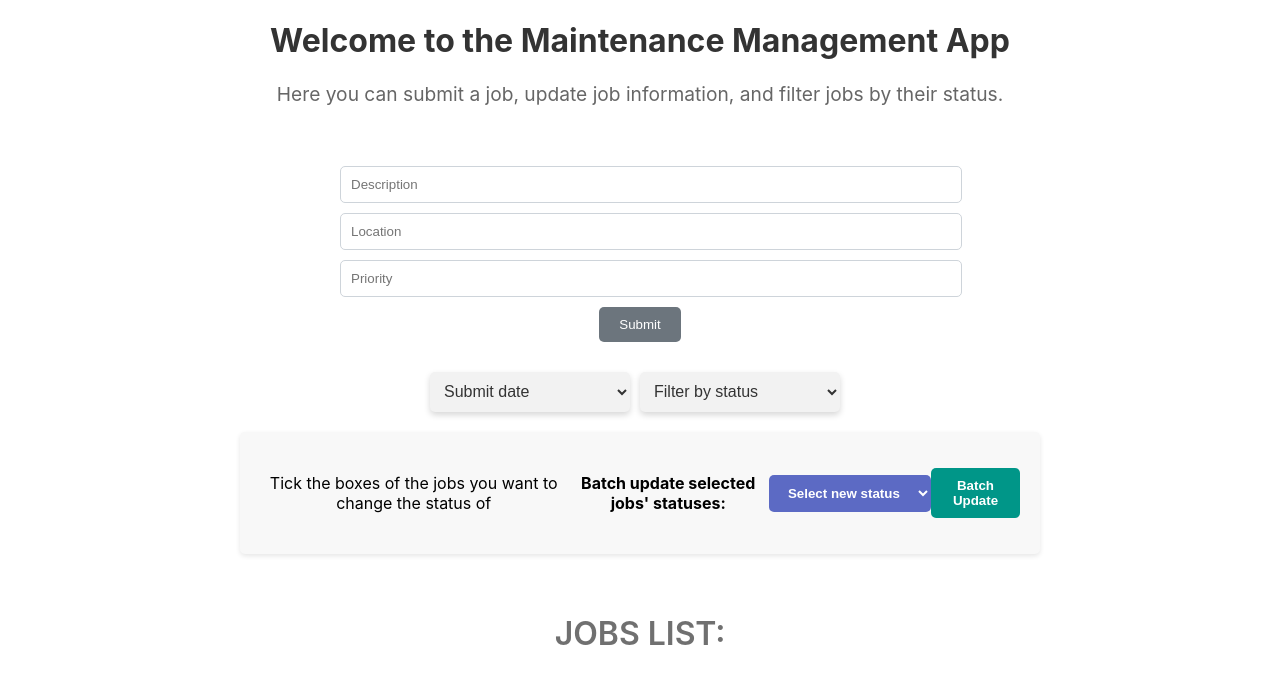
Repository: mikasteyn999/Maintenance-Manager-App
Page: / (app in frontend/)
These files come from the project's save history. The page is drawn as it stood at one moment and after the next save; the edit follows.
The browser window is 1280 px wide. The pictures show the whole page.
The page's requests for data from a server got no answer. The project was rebuilt for these pictures with package versions that can differ from the ones it lists, and the page was loaded fresh each time. No one was signed in, and anything a server would have sent is missing. Also part of the build but not shown: frontend/src/style/Job.css, frontend/src/components/Job.js, frontend/src/style/JobUpdateForm.css, frontend/src/components/JobUpdateForm.js.

Above is the page before, as saved 2023-06-05 16:51:53.

### frontend/src/App.js
// Import necessary libraries and components
import React from 'react';
import Router from './Router';
import './style/App.css'

// Define the App component
// This component uses the Router component to handle routing
const App = () => {
  return (
    <div className="app">
      <h1 className="app-title">Welcome to the Maintenance Management App</h1> {/* Welcome title */}
      <p className="app-instructions">Here you can submit a job, update job information, and filter jobs by their status.</p> {/* Instructions */}
      <Router /> {/* Use Router component for handling routes */}
    </div>
  );
}

// Export the App component
export default App;

### frontend/src/Router.js
// Import necessary libraries and components
import React from 'react';
import { BrowserRouter as Router, Route, Routes } from 'react-router-dom';
import Home from './components/Home';
import JobForm from './components/JobForm';
import JobsList from './components/JobsList';
import JobUpdateForm from './components/JobUpdateForm'

// Define the Router component
// This component defines the routes for the React app
// The Home component (which contains both the JobForm and JobsList components) is displayed when the path is exactly "/"
// The JobForm component is displayed when the path is "/submit"
// The JobsList component is displayed when the path is "/jobs"
const AppRouter = () => {
    return (
        <Router>
            <Routes>
                <Route path="/" element={<Home />} /> {/* Home route */}
                <Route path="/submit" element={<JobForm />} /> {/* Job submission route */}
                <Route path="/jobs" element={<JobsList />} /> {/* Jobs listing route */}
                <Route path="/edit/:id" element={<JobUpdateForm />} />
            </Routes>
        </Router>
    );
};

// Export the Router component
export default AppRouter;

### frontend/src/style/App.css
/* App.css */

.app {
  text-align: center;
}

.app-title {
  font-size: 2em;
  color: #333;
  text-align: center;
}

.app-instructions {
  font-size: 1.2em;
  color: #666;
  margin-bottom: 20px;
  text-align: center;
}

/* style the form container */
.app .job-form {
  max-width: 600px;  /* limit the width */
  margin: 0 auto;   /* center the form */
  padding: 20px;    /* add some padding */
}

/* style the jobs list container */
.app .jobs-list {
  max-width: 800px;  /* limit the width */
  margin: 0 auto;   /* center the jobs list */
  padding: 20px;    /* add some padding */
}

### frontend/src/components/Home.js
// Import necessary components
import React from 'react';
import JobsList from './JobsList';

// Define the Home component
// This component contains the job submission form and job listings
const Home = () => {
  return (
    <div className="home">
      <JobsList /> {/* Job listings */}
    </div>
  );
}

// Export the Home component
export default Home;

### frontend/src/components/JobForm.js
// Import React
import React, { useState } from 'react';
import '../style/JobForm.css'; // Import the CSS

// Define the JobForm component. This component will contain a form that allows users to submit a new job.
// The component has a local state, job, which is updated every time the user types in one of the form inputs.
// The handleChange function updates the job state.
// The handleSubmit function makes a POST request to the /jobs route to submit the new job.
const JobForm = (props) => {
  const [job, setJob] = useState({ description: '', location: '', priority: '' });

  // Adding new state variable for error message.
  const [error, setError] = useState('');

  const handleChange = (e) => {
    setJob({ ...job, [e.target.name]: e.target.value });
  };

  const handleSubmit = async (e) => {
    e.preventDefault();

    // Adding form validation. Check that all fields are filled and priority is a number.
    if (!job.description || !job.location || !job.priority) {
      setError('Please fill in all fields'); // Set error message
      return; // Stop the function
    }
    if (isNaN(job.priority)) {
      setError('Priority must be a number'); // Set error message
      return; // Stop the function
    }

    try {
      const response = await fetch('http://localhost:5000/api/jobs', {
        method: 'POST',
        headers: {
          'Content-Type': 'application/json',
        },
        body: JSON.stringify(job),
      });
      if (!response.ok) {
        throw new Error(`HTTP error! status: ${response.status}`);
      }
      const newJob = await response.json();
      console.log("New Job:", newJob);  // log new job
      props.addNewJob(newJob); // add the new job to the jobs list
      setError(''); // Clear the error message if the job was successfully added
    } catch (err) {
      setError('An error occurred when submitting the job'); // Set error message
    }
  };

  // In the return statement, a new paragraph is added to display any error messages
  return (
    <form className="job-form" onSubmit={handleSubmit}>
      {error && <p className="error">{error}</p>} {/* Display error message if there is one */}
      <input type="text" name="description" value={job.description} onChange={handleChange} placeholder="Description" />
      <input type="text" name="location" value={job.location} onChange={handleChange} placeholder="Location" />
      <input type="text" name="priority" value={job.priority} onChange={handleChange} placeholder="Priority" />
      <button type="submit">Submit</button>
    </form>
  );
};

export default JobForm;

### frontend/src/components/JobsList.js
// Import necessary modules
import React, { useEffect, useState } from 'react';
import Job from './Job';
import JobForm from './JobForm';
import '../style/JobsList.css';

// Define the JobsList component
const JobsList = () => {
  // Initialize state variables
  const [jobs, setJobs] = useState([]);
  const [sortOrder, setSortOrder] = useState("date"); // Default sort order is by date
  const [selectedJobs, setSelectedJobs] = useState([]);
  const [filterStatus, setFilterStatus] = useState("");

  // Fetch jobs function
  const fetchJobs = async () => {
    let url = `http://localhost:5000/api/jobs?sort=${sortOrder}`;
    if (filterStatus) url += `&status=${filterStatus}`; // Add status query parameter if a status filter is selected
    const response = await fetch(url);
    const data = await response.json();
    setJobs(data.filter(job => job.status !== 'Archived')); // Filter out archived jobs
  };

  // Fetch jobs when the component is first rendered and when sortOrder or filterStatus changes
  useEffect(() => {
    fetchJobs();
  }, [sortOrder, filterStatus]);

  // Update sort order
  const handleSortChange = (event) => {
    setSortOrder(event.target.value);
  };

    // Batch update function
    const handleBatchUpdate = async () => {
      const status = document.getElementById('batchStatusUpdate').value;
      if (!status) {
        console.error('No status selected for batch update');
        return;
      }
      if (selectedJobs.length === 0) {
        console.error('No jobs selected for batch update');
        return;
      }
      try {
        const response = await fetch('http://localhost:5000/api/jobs/batch', {
            method: 'PUT',
            headers: {
                'Content-Type': 'application/json',
            },
            body: JSON.stringify({ jobIds: selectedJobs, status }),
        });

        if (response.ok) {
          console.log('Batch update successful');
          setSelectedJobs([]); // Clear selected jobs after successful update
          // Here, fetch the jobs again
          fetchJobs();
        } else {
          console.error('Failed to batch update jobs');
        }
      } catch (error) {
        console.error(`An error occurred: ${error}`);
      }
    };

    // Function to handle archive
    const handleArchive = async (jobId) => {
      try {
        const response = await fetch(`http://localhost:5000/api/jobs/archive/${jobId}`, {
          method: 'PUT',
        });

        if (!response.ok) {
          console.error('Failed to archive job');
        } else {
          setJobs(jobs.filter(job => job._id !== jobId)); // Remove the archived job from the local state
        }
      } catch (error) {
        console.error(`An error occurred: ${error}`);
      }
    };

    // Pass handleArchive as a prop to the Job component
    {jobs.map((job) => (
      <Job key={job._id} job={job} handleArchive={handleArchive} selectedJobs={selectedJobs} setSelectedJobs={setSelectedJobs} />
    ))}

    const addNewJob = (newJob) => {
      console.log("addNewJob called with:", newJob);  // log input to addNewJob
      setJobs([newJob, ...jobs]);
    };


    return (
      <div className='jobs-list'>

        {/* Add JobForm here */}
        <JobForm addNewJob={addNewJob} />

        {/* Add sort order dropdown */}
        <select className='select-sort' value={sortOrder} onChange={handleSortChange}>
          <option value="">Sort by</option>
          <option value="date">Submit date</option>
          <option value="status">Status</option>
        </select>

        {/* Add status filter dropdown */}
        <select className='select-filter' value={filterStatus} onChange={(e) => setFilterStatus(e.target.value)}>
          <option value="">Filter by status</option>
          <option value="Submitted">Submitted</option>
          <option value="In Progress">In Progress</option>
          <option value="Completed">Completed</option>
        </select>

        {/* Batch update */}
        <div className='batch-update'>
          <p>Tick the boxes of the jobs you want to change the status of</p>
          <h4>Batch update selected jobs' statuses:</h4>
          <select id="batchStatusUpdate" name="batchStatusUpdate">
            <option value="">Select new status</option>
            <option value="Submitted">Submitted</option>
            <option value="In Progress">In Progress</option>
            <option value="Completed">Completed</option>
          </select>
          <button onClick={handleBatchUpdate}>Batch Update</button>
        </div>

        <div className='jobs-header'>JOBS LIST:</div>

        {/* List the jobs */}
        {jobs.map((job) => (
          <Job key={job._id} job={job} handleArchive={handleArchive} selectedJobs={selectedJobs} setSelectedJobs={setSelectedJobs} />
        ))}
      </div>
    );
};

export default JobsList;

### frontend/src/style/JobForm.css
.job-form {
    margin-bottom: 20px;
}

.job-form input {
    display: block;
    width: 100%;
    padding: 10px;
    margin-bottom: 10px;
    border: 1px solid #ced4da;
    border-radius: 5px;
}

.job-form button {
    padding: 10px 20px;
    border: none;
    border-radius: 5px;
    background-color: #6c757d;
    color: #fff;
    cursor: pointer;
}

### frontend/src/style/JobsList.css
.jobs-list {
    max-width: 600px;
    margin: 0 auto;
    padding: 20px;
}

.jobs-header {
    font-size: xx-large;
    padding: 5%;
    font-weight: 600;
    color: rgb(112, 112, 112);
}

/* Style the select element */
.select-sort {
    width: 200px;
    height: 40px;
    border: none;
    border-radius: 5px;
    padding: 5px 10px;
    margin-bottom: 20px;
    box-shadow: 0 3px 6px 0 rgba(0,0,0,0.16);
    font-size: 16px;
    color: #333;
    background-color: #f2f2f2;
    transition: background-color 0.3s ease;
}

/* Style the options inside the select element */
.select-sort option {
    color: #333;
    background-color: #f2f2f2;
}

/* Change the background color of the select when it's focused */
.select-sort:focus {
    background-color: #e6e6e6;
}

.batch-update {
    display: flex;
    align-items: center;
    justify-content: space-between;
    padding: 20px;
    margin-bottom: 20px;
    background-color: #f8f8f8;
    border-radius: 5px;
    box-shadow: 0 2px 5px rgba(0,0,0,0.1);
}

.batch-update select,
.batch-update button {
    padding: 10px 15px;
    border: none;
    border-radius: 5px;
    background-color: #5c6ac4;
    color: white;
    font-weight: bold;
    cursor: pointer;
}

.batch-update button {
    background-color: #009688;
}

.batch-update button:hover {
    background-color: #00796b;
}

/* Style the select element */
.select-filter {
    width: 200px;
    height: 40px;
    border: none;
    border-radius: 5px;
    padding: 5px 10px;
    margin-bottom: 20px;
    box-shadow: 0 3px 6px 0 rgba(0,0,0,0.16);
    font-size: 16px;
    color: #333;
    background-color: #f2f2f2;
    transition: background-color 0.3s ease;
    margin: 10px;
}

/* Style the options inside the select element */
.select-filter option {
    color: #333;
    background-color: #f2f2f2;
}

Loaded but not shown: frontend/public/index.html (common file); frontend/src/index.js (common file); frontend/src/index.css (common file); frontend/src/reportWebVitals.js (common file)

After the next save:
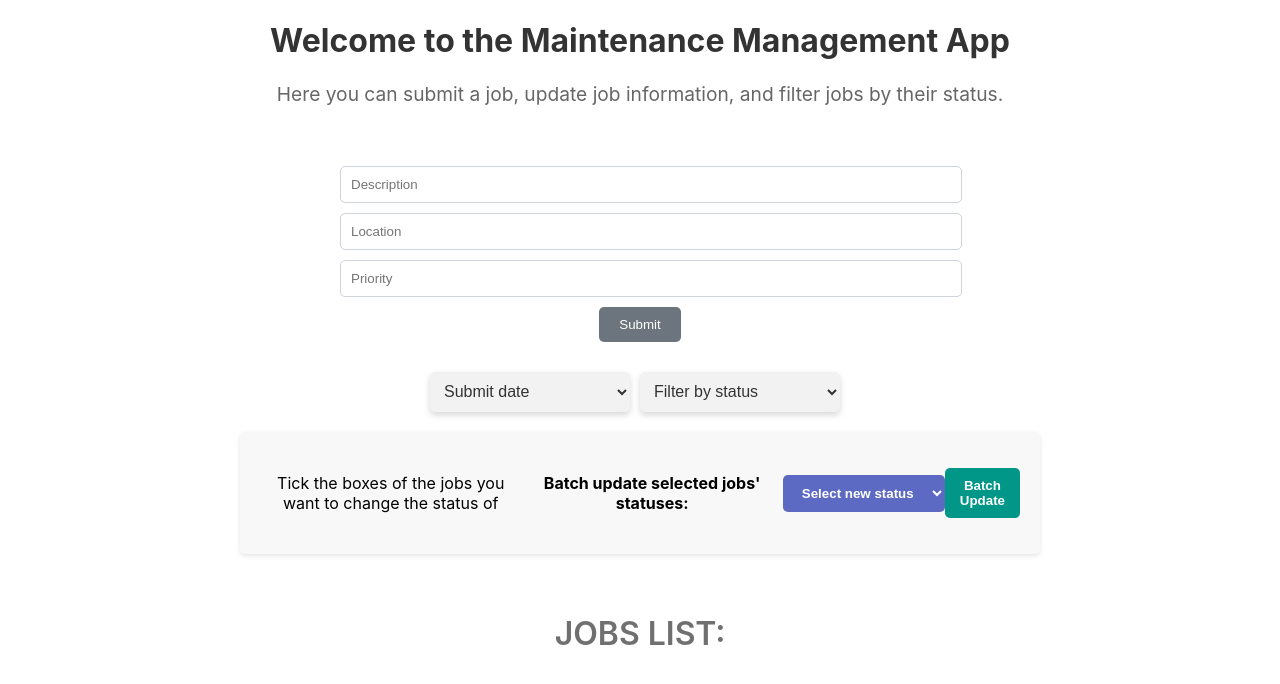
Saved 93 s later.
--- a/frontend/src/style/JobsList.css
+++ b/frontend/src/style/JobsList.css
@@ -59,6 +59,13 @@
     cursor: pointer;
 }
 
+.batch-update h4,
+.batch-update p {
+  display: block;
+  width: 100%;
+}
+
+
 .batch-update button {
     background-color: #009688;
 }
